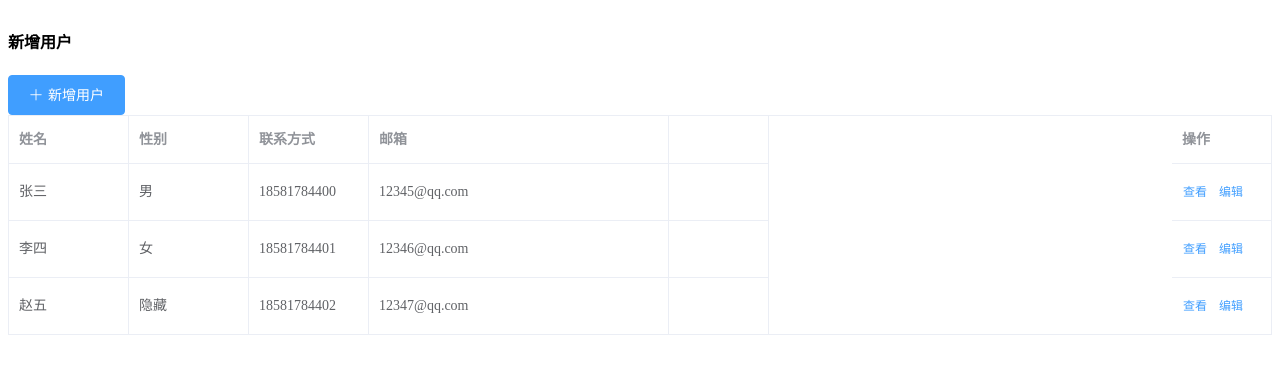
Repository: xinwuhao/New-user
Page: /
An editor plug-in stored every save of this project. The page is shown before and after a run of saves, followed by the edit.
The browser window is 1280 px wide. The pictures show the whole page.
The project was rebuilt for these pictures with package versions that can differ from the ones it lists, and the page was loaded fresh each time.

Above is the page before, as saved 2021-12-21 15:51:06.

### src/main.js
import Vue from 'vue'
import App from './App.vue'
import router from './router'
import store from './store'
import ElementUI from 'element-ui';
import 'element-ui/lib/theme-chalk/index.css';

Vue.use(ElementUI);
Vue.config.productionTip = false

new Vue({
  router,
  store,
  el: '#app',
  render: h => h(App)
}).$mount('#app')

### src/views/Home.vue
<template>
  <div class="container">
    <div class="content">
      <h4>新增用户</h4>
      <div>
        <el-button
          type="primary"
          icon="el-icon-plus"
          @click="dialogVisible = true"
          >新增用户</el-button
        >
        <el-dialog title="提示" :visible.sync="dialogVisible" width="30%">
          <el-form
            :model="ruleForm"
            :rules="rules"
            ref="ruleForm"
            label-width="100px"
            class="demo-ruleForm"
          >
            <el-form-item label="名称" prop="name">
              <el-input v-model="ruleForm.name"></el-input>
            </el-form-item>
            <el-form-item label="性别" prop="sex">
              <el-radio-group
                v-model="ruleForm.sex"
                v-for="(item, index) in sex"
                :key="index"
              >
                <el-radio :label="item" style="margin-right: 10px"></el-radio>
              </el-radio-group>
            </el-form-item>
            <el-form-item label="手机号码" prop="contact">
              <el-input v-model="ruleForm.contact"></el-input>
            </el-form-item>
            <el-form-item label="邮箱" prop="mailbox">
              <el-input v-model="ruleForm.mailbox"></el-input>
            </el-form-item>
            <el-form-item>
              <el-button type="primary" @click="submitForm('ruleForm')"
                >立即新增</el-button
              >
              <el-button @click="resetForm('ruleForm')">取消</el-button>
            </el-form-item>
          </el-form>
        </el-dialog>
      </div>
      <!-- 用户列表 -->
      <div>
        <el-table :data="list" border style="width: 100%">
          <el-table-column prop="name" label="姓名" width="120">
          </el-table-column>
          <el-table-column prop="sex" label="性别" width="120">
          </el-table-column>
          <el-table-column prop="contact" label="联系方式" width="120">
          </el-table-column>
          <el-table-column prop="mailbox" label="邮箱" width="300">
          </el-table-column>
          <el-table-column fixed="right" label="操作" width="100">
            <template slot-scope="scope">
              <el-button
                @click="handleClick(scope.row)"
                type="text"
                size="small"
                >查看</el-button
              >
              <el-button type="text" size="small">编辑</el-button>
            </template>
          </el-table-column>
        </el-table>
      </div>
    </div>
  </div>
</template>

<script>
//引入子组件

export default {
  name: "",
  props: {},
  data() {
    return {
      dialogVisible: false,
      list: [
        {
          name: "张三",
          sex: "男",
          contact: "18581784400",
          mailbox: "12345@qq.com",
        },
        {
          name: "李四",
          sex: "女",
          contact: "18581784401",
          mailbox: "12346@qq.com",
        },
        {
          name: "赵五",
          sex: "隐藏",
          contact: "18581784402",
          mailbox: "12347@qq.com",
        },
      ],
      sex: ["隐藏", "男", "女"],
      ruleForm: {
        name: "",
        sex: "",
        contact: "",
        mailbox: "",
      },
      rules: {
        name: [
          { required: true, message: "请输入用户名称", trigger: "blur" },
          { min: 1, max: 5, message: "长度在 1 到 5 个字符", trigger: "blur" },
        ],
        contact: [
          { required: true, message: "请输入手机号码", trigger: "blur" },
          { min: 11, max: 11, message: "输入的手机号码有误", trigger: "blur" },
          {
            pattern:
              /^(?:(?:\+|00)86)?1(?:(?:3[\d])|(?:4[5-79])|(?:5[0-35-9])|(?:6[5-7])|(?:7[0-8])|(?:8[\d])|(?:9[189]))\d{8}$/,
            message: "输入的手机号码有误",
            trigger: "blur",
          },
        ],
        mailbox: [
          { required: true, message: "请输入邮箱", trigger: "blur" },
          {
            pattern:
              /^(([^<>()[\]\\.,;:\s@"]+(\.[^<>()[\]\\.,;:\s@"]+)*)|(".+"))@((\[[0-9]{1,3}\.[0-9]{1,3}\.[0-9]{1,3}\.[0-9]{1,3}\])|(([a-zA-Z\-0-9]+\.)+[a-zA-Z]{2,}))$/,
            message: "输入的邮箱有误",
            trigger: "blur",
          },
        ],
        sex: [{ required: true, message: "性别", trigger: "change" }],
      },
    };
  },
  components: {},
  methods: {
    submitForm(formName) {
      this.$refs[formName].validate((valid) => {
        if (valid) {
          this.$message.success("新增成功");
          this.dialogVisible = false;
          this.list.unshift(this.ruleForm);
          console.log(this.list);
        } else {
          this.$message.error("您还有信息没有填写或者填写的信息有误");
          return false;
        }
      });
    },
    resetForm(formName) {
      this.$refs[formName].resetFields();
      this.dialogVisible = false;
    },
  },
  mounted() {},
  computed: {},
  watch: {},
};
</script>

<style lang='scss' scoped>
.container {
  display: flex;
  justify-content: center;
}
.content {
  width: 1450px;
  /* 注意适配的宽度必须大于最小适配宽度 */
}
.flex {
  display: flex;
}
</style>

Loaded but not shown: public/index.html (common file); src/App.vue (common file); src/router/index.js (common file); src/store/index.js (common file)

After the next 2 saves:
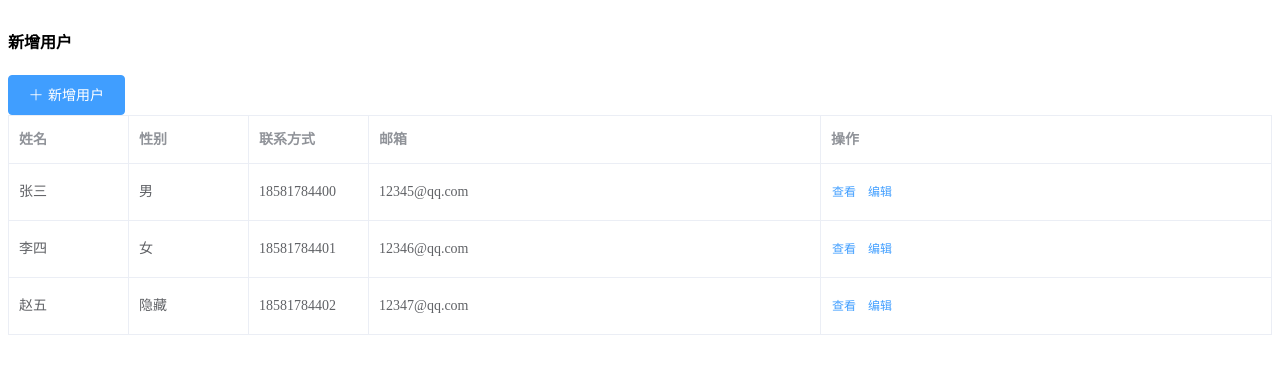
The 2 saves are shown as one change because they came seconds apart.
The last was saved 27 s later.
--- a/src/views/Home.vue
+++ b/src/views/Home.vue
@@ -53,9 +53,9 @@
           </el-table-column>
           <el-table-column prop="contact" label="联系方式" width="120">
           </el-table-column>
-          <el-table-column prop="mailbox" label="邮箱" width="300">
+          <el-table-column prop="mailbox" label="邮箱">
           </el-table-column>
-          <el-table-column fixed="right" label="操作" width="100">
+          <el-table-column fixed="right" label="操作">
             <template slot-scope="scope">
               <el-button
                 @click="handleClick(scope.row)"
